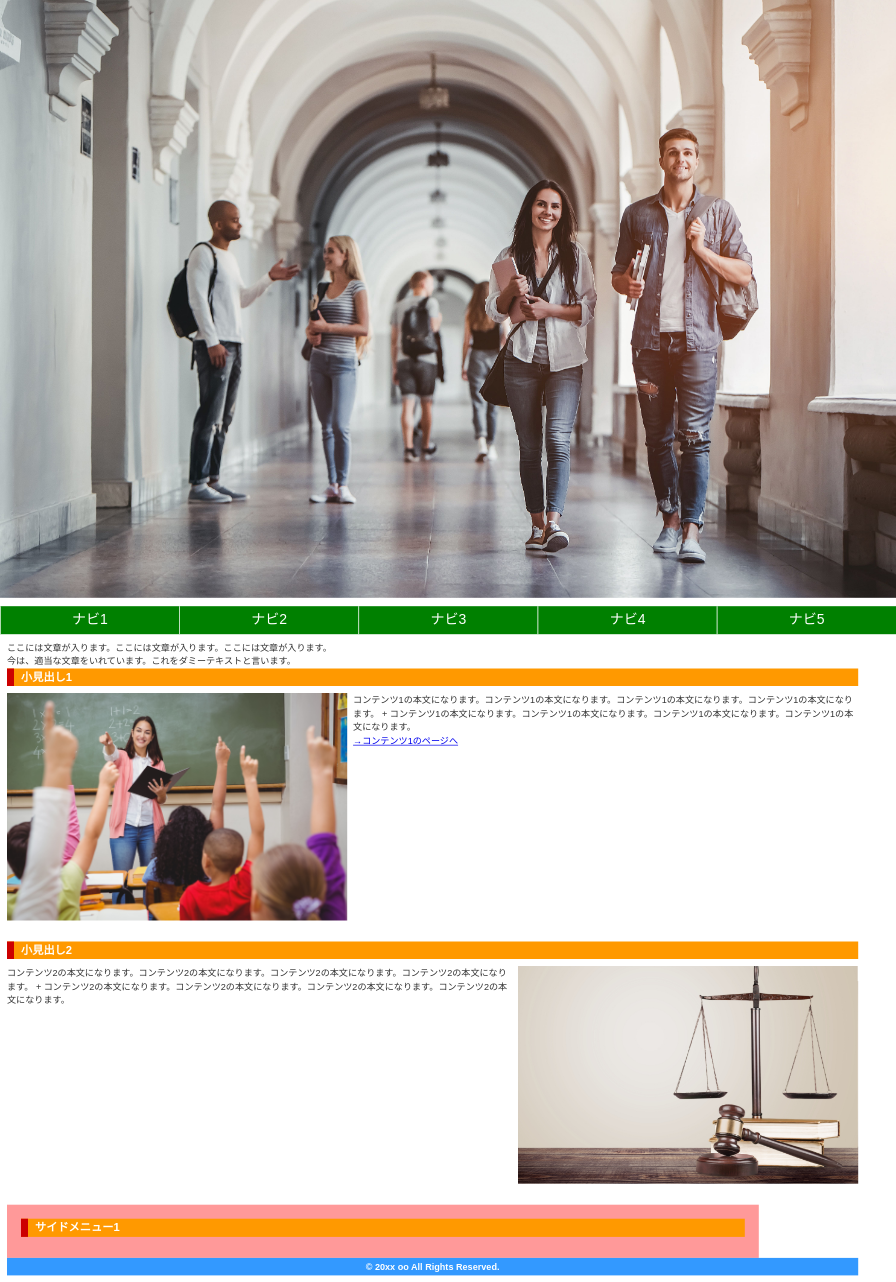
Repository: hikaru1226/samurai_HTML-CSS
Page: home.html
The author's editor kept a record of every edit. The page is drawn from the files as they stood at one moment, then again after the next edit.
The browser window is 1280 px wide. The pictures show the whole page, at 70% of full size.

Above is the page before.

After the next edit:
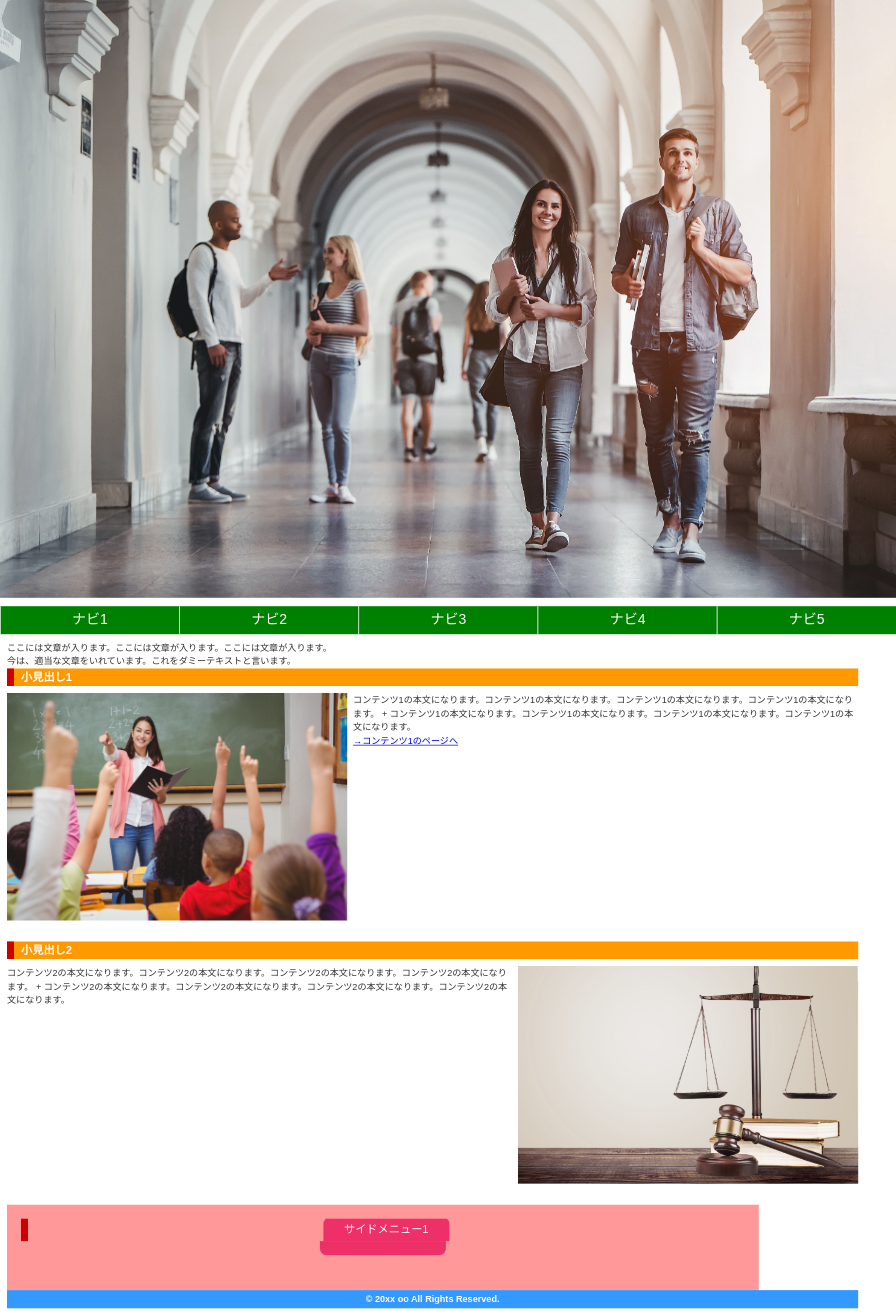
The edit:
--- a/home.html
+++ b/home.html
@@ -41,7 +41,7 @@
                 </div>
                 </div>
                 <div id="side">
-                    <div class="boxBody">
+                    <div class="box">
                         <h2>サイドメニュー1</h2>
                         <div class=
                     </div>
